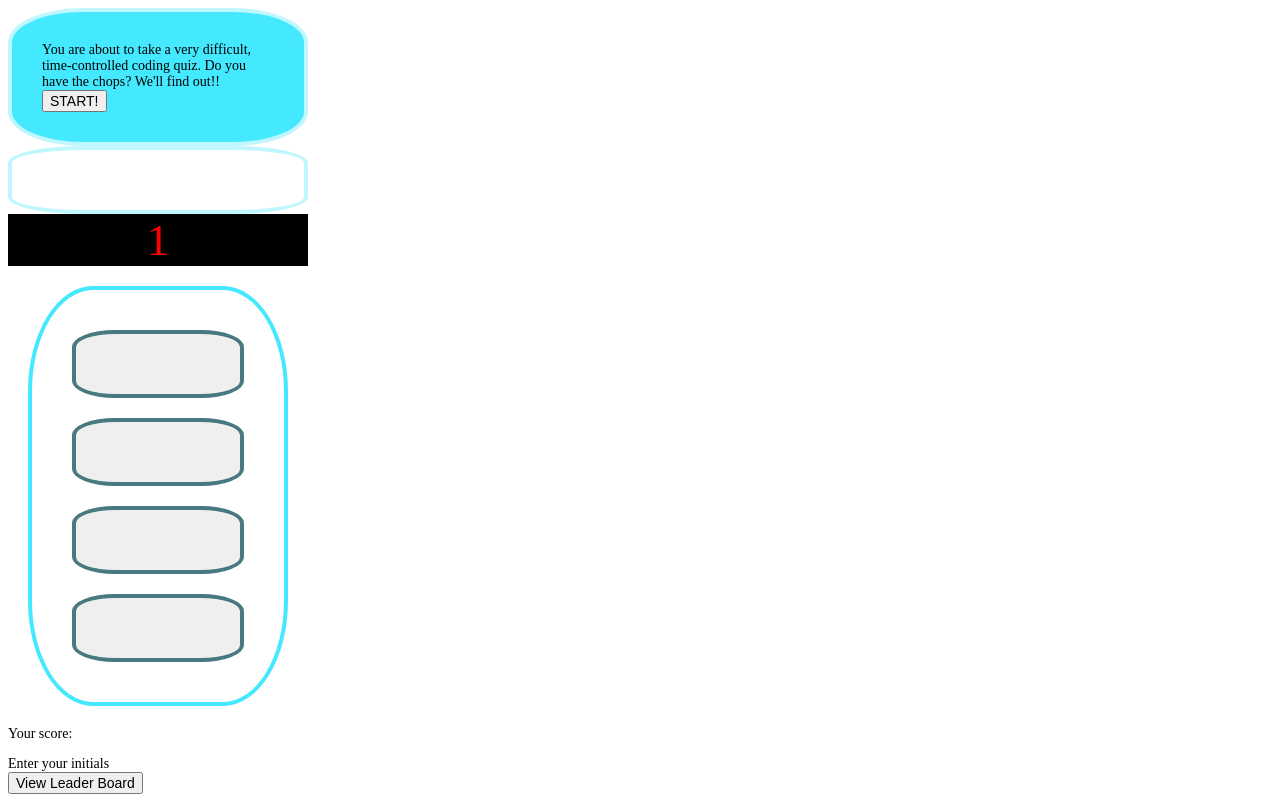
Repository: stuart-rickard/coding-quiz
Page: index.html
An editor plug-in stored every save of this project. The page is shown before and after the next save, followed by the edit.
The browser window is 1280 px wide. The pictures show the whole page.
After loading, the first visible `#starter-button` was clicked once.

Above is the page before, as saved 2021-11-23 04:05:24.

### index.html
<!DOCTYPE html>
<html lang="en">

<head>
  <meta charset="UTF-8">
  <meta name="viewport" content="width=device-width, initial-scale=1.0">
  <meta http-equiv="X-UA-Compatible" content="ie=edge">
  <title>Coding Quiz</title>
  <link rel="stylesheet" href="./assets/css/style.css">
</head>

<body>
  <main>
    <div class="start">
      You are about to take a very difficult, time-controlled coding quiz.  Do you have the chops?  We'll find out!!
      <button id="starter-button">START!</button>
    </div>
    <div class="div-question-answerform">
      <div class="question">

      </div>
      <div id="timer">
        60.0
      </div>
      <form class="answer-form">
        <button class="answer-button" id="#answer-a"></button>
        <button class="answer-button" id="#answer-b"></button>
        <button class="answer-button" id="#answer-c"></button>
        <button class="answer-button" id="#answer-d"></button>
      </form>
    </div>
    <div class="test-done">
      <p>Your score:</p>
    </div>
    <div class="leaderboard-list">

    </div>
    <form>
      Enter your initials
    </form>
    </main>
  <footer>
    <button class="leaderboard-button">View Leader Board</button>
  </footer>

  <script src="./assets/js/script.js"></script>
</body>

</html>

### assets/css/style.css
:root {
  --primary: #44e9ff;
  --secondary: #497980;
  --tertiary: rgb(192, 246, 253);
  --grey: #333;


  --regular-line-width: 4px;

  --border-radius-regular: 25%;
}

* {
    box-sizing: border-box;
    font-size: 14px;
  }

main {
    width: 300px;
}

.start {
    background-color: var(--primary);
    border: var(--regular-line-width) solid var(--tertiary);
    border-radius: var(--border-radius-regular);
    padding: 30px;
}

.div-question-answerform {
    /* display: none; */
}

.question {
    border: var(--regular-line-width) solid var(--tertiary);
    border-radius: var(--border-radius-regular);
    padding: 30px;
}

#timer {
    background-color: black;
    font-style: "Monotron";
    font-size: 45px;
    color: red;
    text-align:center;
}

.answer-form {
    margin: 20px;
    border: var(--regular-line-width) solid var(--primary);
    border-radius: var(--border-radius-regular);
    padding: 30px;
    display: flex;
    flex-direction: column;
}

.answer-button {
    border: var(--regular-line-width) solid var(--secondary);
    border-radius: var(--border-radius-regular);
    padding: 30px;
    margin: 10px;
}

### assets/js/script.js
var startButton = document.getElementById('starter-button');
var timerDisplay = document.getElementById('timer');
const initialTime = 3.0;
var timer = initialTime;

/*
Variable for score
Variables for stopping different processes
*/



var timerCountdown = function(){
    debugger;
    // reduce timer variable by 0.1
    var decreaseTimerVariable = function() {
        timer = timer-0.1;
        console.log(timer);
        var timerString = timer.toPrecision(1);
        if (timer <= 0) {
            clearInterval(timerDecrement);
        }
        timerDisplay.innerHTML = timerString;
    };
    // call reduction of timer variable each one tenth of a second
    var timerDecrement = setInterval(decreaseTimerVariable,100);
};

var quizProcess = function() {
    //Begin clock
    timerCountdown();
    //console.log("click worked");
}






/*
get questions / answers
randomize them
*/


//Listen for start button: start upon click
console.log("click worked here");
startButton.addEventListener("click", quizProcess);


/*
    begin asking questions
	Check the clock frequently and end game when it expires
		End game is just taking the ability to answer away
	Check answers
		If correct, add to score and show green
		If incorrect, reduce time left and show red
    bring up next question .5 seconds
When game ends
	Offer ability to record high score
		Store and retrieve high scores
	Offer "play again?"
*/

After the next save:
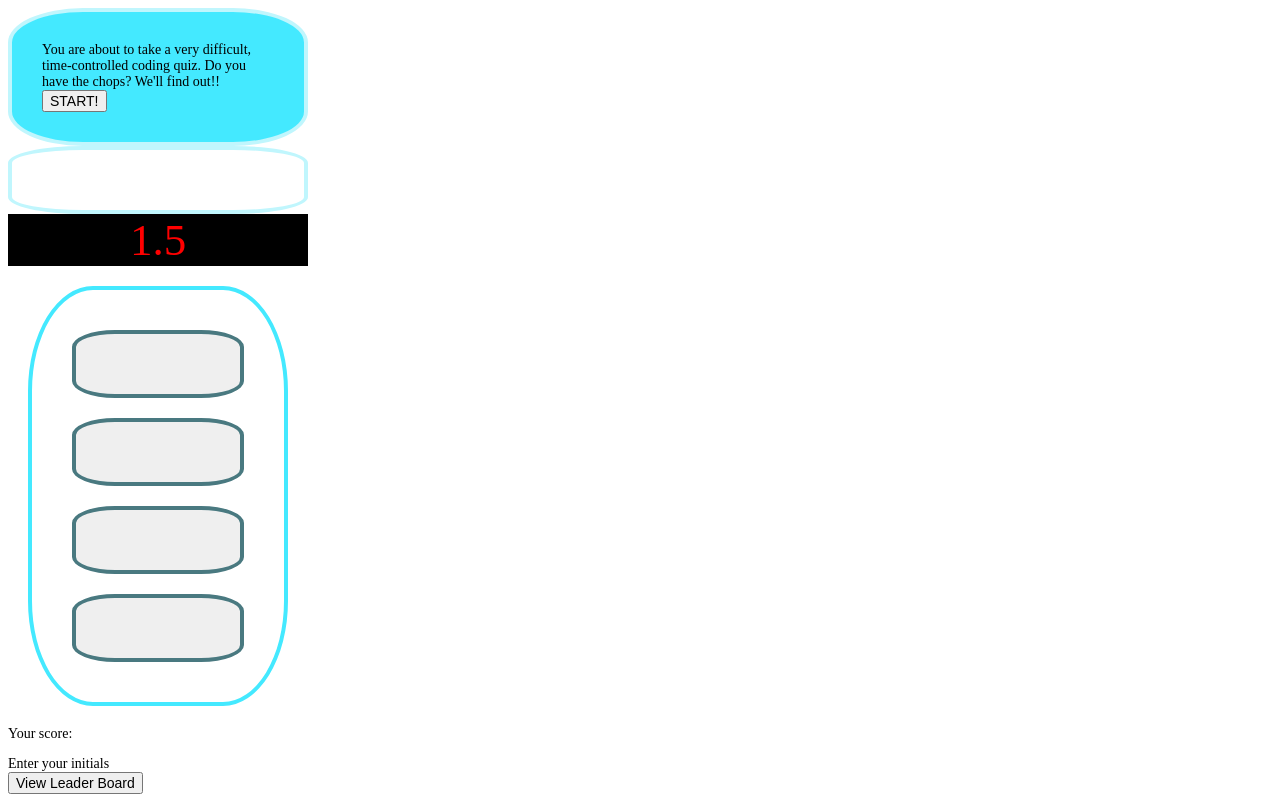
Saved 83 s later.
--- a/assets/js/script.js
+++ b/assets/js/script.js
@@ -16,7 +16,7 @@
     var decreaseTimerVariable = function() {
         timer = timer-0.1;
         console.log(timer);
-        var timerString = timer.toPrecision(1);
+        var timerString = timer.toFixed(1);
         if (timer <= 0) {
             clearInterval(timerDecrement);
         }
